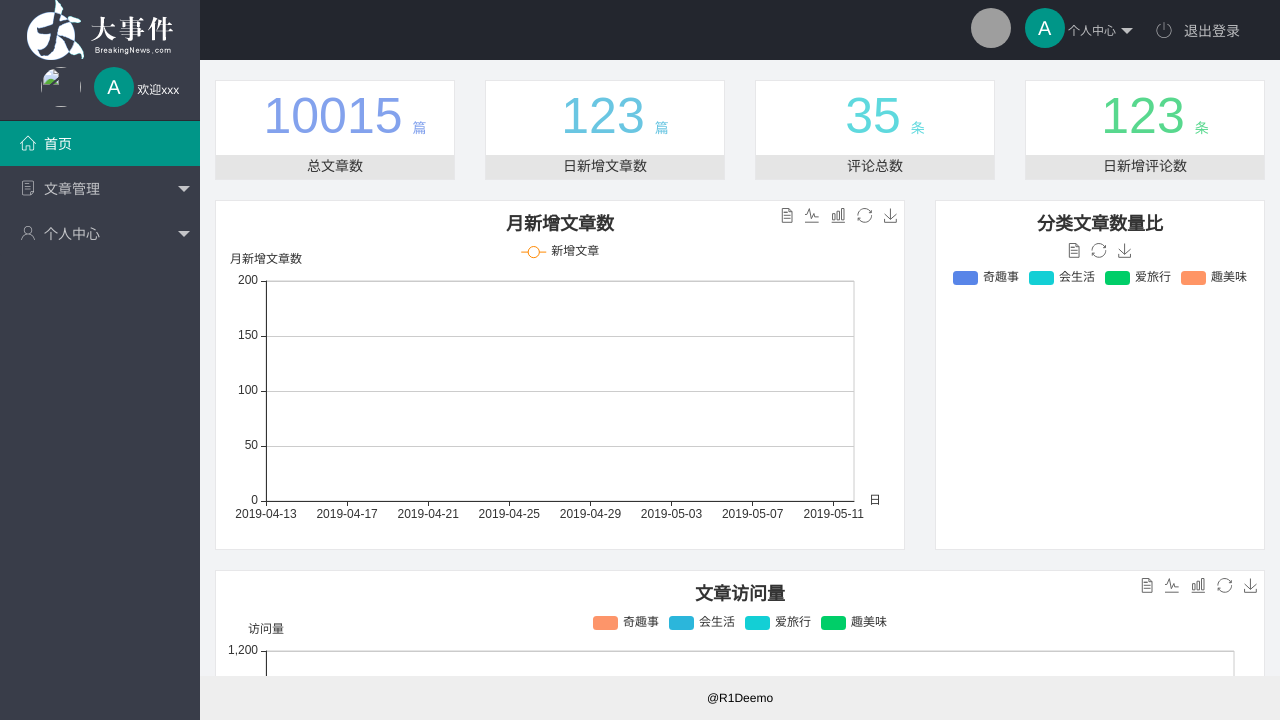
Repository: R1Deemo/Main-project
Page: index.html
These files come from the project's save history. The page is drawn as it stood at one moment and after the next save; the edit follows.
The browser window is 1280 px wide. The pictures show the whole page.
After loading, the first visible `#btnLogout` was clicked once.
Pictures or frames that could not be fetched are drawn as grey boxes. The page's requests for data from a server got no answer.

Above is the page before, as saved 2022-10-31 08:58:25.
Console error: SyntaxError: Unexpected token '}'

### index.html
<!DOCTYPE html>
<html>

<head>
    <meta charset="utf-8">
    <meta name="viewport" content="width=device-width, initial-scale=1, maximum-scale=1">
    <title>layout 管理系统大布局 - Layui</title>
    <link rel="stylesheet" href="/assets/lib/layui/css/layui.css">
    <link rel="stylesheet" href="/assets/css/index.css">
    <link rel="stylesheet" href="/assets/fonts/iconfont.css">
</head>

<body>
    <div class="layui-layout layui-layout-admin">
        <div class="layui-header">
            <div class="layui-logo layui-hide-xs layui-bg-black" id="logo"></div>
            <!-- 头部区域（可配合layui 已有的水平导航） -->
            <ul class="layui-nav layui-layout-left">
                <!-- 移动端显示 -->
                <li class="layui-nav-item layui-show-xs-inline-block layui-hide-sm" lay-header-event="menuLeft">
                    <i class="layui-icon layui-icon-spread-left"></i>
                </li>


                <li class="layui-nav-item">

                    <dl class="layui-nav-child">
                        <dd><a href="">menu 11</a></dd>
                        <dd><a href="">menu 22</a></dd>
                        <dd><a href="">menu 33</a></dd>
                    </dl>
                </li>
            </ul>
            <ul class="layui-nav layui-layout-right">
                <li class="layui-nav-item layui-hide layui-show-md-inline-block">
                    <a href="javascript:;" class="userinfo">
                        <!-- 用户头像 -->
                        <img src="//tva1.sinaimg.cn/crop.0.0.118.118.180/5db11ff4gw1e77d3nqrv8j203b03cweg.jpg" class="layui-nav-img" />
                        <span class="text-avatar">A</span> 个人中心
                    </a>
                    <dl class="layui-nav-child">
                        <dd><a href="">基本资料</a></dd>
                        <dd><a href="">更换头像</a></dd>
                        <dd><a href="">重置密码</a></dd>
                    </dl>
                </li>
                <li class="layui-nav-item" lay-header-event="menuRight" lay-unselect>
                    <a href="javascript:;" id="btnLogout">
                        <span class="iconfont icon-tuichu"></span> 退出登录</i>
                    </a>
                </li>
            </ul>
        </div>

        <div class="layui-side layui-bg-black">
            <div class="layui-side-scroll">
                <!-- 用户头像 -->
                <div class="userinfo">
                    <img src="" class="layui-nav-img" />
                    <span class="text-avatar">A</span>
                    <span id="welcom">欢迎xxx</span>
                </div>
                <!-- 左侧导航区域（可配合layui已有的垂直导航） -->
                <ul class="layui-nav layui-nav-tree" lay-shrink="all">
                    <li class="layui-nav-item layui-this"> <a href="/home/dashboard.html" target="fm"><span class="iconfont icon-home"></span>首页</a></li>
                    <li class="layui-nav-item">
                        <a class="" href="javascript:;" target="fm"> <span class="iconfont icon-16"></span>文章管理</a>
                        <dl class="layui-nav-child">
                            <dd><a href="javascript:;"><i class="layui-icon layui-icon-release"></i> 文章类别</a></dd>
                            <dd><a href="javascript:;"><i class="layui-icon layui-icon-release"></i> 文章列表</a></dd>
                            <dd><a href="javascript:;"><i class="layui-icon layui-icon-release"></i> 发表文章</a></dd>
                            <!-- <dd><a href="">the links</a></dd> -->
                        </dl>
                    </li>
                    <li class="layui-nav-item">
                        <a href="javascript:;" target="fm"><span class="iconfont icon-user"></span>个人中心</a>
                        <dl class="layui-nav-child">
                            <dd><a href="javascript:;"><i class="layui-icon layui-icon-app"></i> 基本资料</a></dd>
                            <dd><a href="javascript:;"><i class="layui-icon layui-icon-app"></i> 更换头像</a></dd>
                            <dd><a href="javascript:;"><i class="layui-icon layui-icon-app"></i> 重置密码</a></dd>
                        </dl>
                    </li>

                    <!-- <li class="layui-nav-item"><a href="">the links</a></li> -->
                </ul>
            </div>
        </div>

        <div class="layui-body">
            <!-- 内容主体区域 -->
            <!-- <div style="padding: 15px;">内容主体区域。记得修改 layui.css 和 js 的路径</div> -->
            <iframe src="/home/dashboard.html" frameborder="0" name="fm"></iframe>
        </div>

        <div class="layui-footer">
            <!-- 底部固定区域 -->
            @R1Deemo
        </div>
    </div>
    <script src="/assets/lib/layui/layui.all.js"></script>
    <script src="/assets/lib/jquery.js"></script>
    <script src="/assets/js/baseAPI.js"></script>
    <script src="/assets/js/index.js"></script>

</body>

</html>

### assets/css/index.css
#logo {
    background: url(/assets/images/logo.png) no-repeat center;
}

.layui-footer {
    text-align: center;
    font-size: 12px;
}

.layui-icon {
    margin-left: 20px;
    margin-right: 5px;
}

.iconfont {
    margin-right: 8px;
}

iframe {
    width: 100%;
    height: 100%;
}

.layui-body {
    overflow: hidden;
}

.userinfo {
    height: 60px;
    line-height: 60px;
    text-align: center;
    font-size: 12px;
    user-select: none;
}

.layui-side-scroll .userinfo {
    border-bottom: 1px solid #282b33;
}

.layui-nav-img {
    width: 40px;
    height: 40px;
    margin-bottom: 7px;
}

.text-avatar {
    display: inline-block;
    width: 40px;
    height: 40px;
    background-color: #009688;
    border-radius: 50%;
    line-height: 40px;
    font-size: 20px;
    color: #fff;
}

### assets/js/baseAPI.js
$.ajaxPrefilter(function(options) {
    options.url = 'http://www.liulongbin.top:3007' + options.url

    if (options.url.indexOf('/my') !== -1)
        options.heardrs = {
            Authorization: localStorage.getItem('token') || ''
        }
})

### assets/js/index.js
$(function() {
    // 获取用户的基本信息
    getUserInfo()

    // 退出登录
    $('#btnLogout').on('click', function() {
        layui.layer.confirm('确定退出登录?', { icon: 3, title: '提示' }, function(index) {
            //do something
            //清空本地存储的token
            localStorage.removeItem('token')
                // 返回登录界面
            location.href = '/login.html'
            layer.close(index);
        });
    })
})

function getUserInfo() {
    $.ajax({

        method: 'get',
        url: '/my/userinfo',
        headers: {
            Authorization: localStorage.getItem('token') || ''
        },
        success: function(res) {
            if (res.status !== 0) {
                return layui.layer.msg('获取用户信息失败')
            }
            console.log(res)
                // 渲染用户头像
            renderAvatar(res.data)
        },
        // 无论成功还是失败都会执行
        complete: function(res) {
            if (res.responseJSON.status === 1 && res.responseJSON.message === '身份认证失败!')
        }
    })
}
// 渲染用户头像
function renderAvatar(user) {
    // 获取用户名称并渲染
    var name = user.nicknake || user.username
    $('#welcom').html('欢迎&nbsp' + name)
        // 渲染用户头像
    var avatar = user.user_pic
    if (avatar !== null) {
        $('.layui-nav-img').attr('src', avatar).show()
        $('.text-avatar').hide()
    } else {
        $('.layui-nav-img').hide()
        var first = name[0].toUpperCase()
        $('.text-avatar').html(first).show()
    }
}

### home/dashboard.html
<!DOCTYPE html>
<html lang="en">

<head>
  <meta charset="UTF-8">
  <meta name="viewport" content="width=device-width, initial-scale=1.0">
  <meta http-equiv="X-UA-Compatible" content="ie=edge">
  <title>图表统计</title>
  <link rel="stylesheet" href="../../assets/lib/bootstrap.css" />
  <link rel="stylesheet" href="../../assets/lib/main.css" />
  <script src="../../assets/lib/jquery.js"></script>
  <script type="text/javascript" src="../../assets/lib/echarts.min.js"></script>
</head>

<body>
  <div class="container-fluid">
    <div class="row spannel_list">
      <div class="col-sm-3 col-xs-6">
        <div class="spannel">
          <em>10015</em><span>篇</span>
          <b>总文章数</b>
        </div>
      </div>
      <div class="col-sm-3 col-xs-6">
        <div class="spannel scolor01">
          <em>123</em><span>篇</span>
          <b>日新增文章数</b>
        </div>
      </div>
      <div class="col-sm-3 col-xs-6">
        <div class="spannel scolor02">
          <em>35</em><span>条</span>
          <b>评论总数</b>
        </div>
      </div>
      <div class="col-sm-3 col-xs-6">
        <div class="spannel scolor03">
          <em>123</em><span>条</span>
          <b>日新增评论数</b>
        </div>
      </div>
    </div>
  </div>

  <div class="container-fluid">
    <div class="row curve-pie">
      <div class="col-lg-8 col-md-8">
        <div class="gragh_pannel" id="curve_show"></div>
      </div>
      <div class="col-lg-4 col-md-4">
        <div class="gragh_pannel" id="pie_show"></div>
      </div>
    </div>
  </div>

  <div class="container-fluid">
    <div class="column_pannel" id="column_show"></div>
  </div>

  <script>
    var oChart = echarts.init(document.getElementById('curve_show'));
    var aList_all = [
      { 'count': 36, 'date': '2019-04-13' },
      { 'count': 52, 'date': '2019-04-14' },
      { 'count': 78, 'date': '2019-04-15' },
      { 'count': 85, 'date': '2019-04-16' },
      { 'count': 65, 'date': '2019-04-17' },
      { 'count': 72, 'date': '2019-04-18' },
      { 'count': 88, 'date': '2019-04-19' },
      { 'count': 64, 'date': '2019-04-20' },
      { 'count': 72, 'date': '2019-04-21' },
      { 'count': 90, 'date': '2019-04-22' },
      { 'count': 96, 'date': '2019-04-23' },
      { 'count': 100, 'date': '2019-04-24' },
      { 'count': 102, 'date': '2019-04-25' },
      { 'count': 110, 'date': '2019-04-26' },
      { 'count': 123, 'date': '2019-04-27' },
      { 'count': 100, 'date': '2019-04-28' },
      { 'count': 132, 'date': '2019-04-29' },
      { 'count': 146, 'date': '2019-04-30' },
      { 'count': 200, 'date': '2019-05-01' },
      { 'count': 180, 'date': '2019-05-02' },
      { 'count': 163, 'date': '2019-05-03' },
      { 'count': 110, 'date': '2019-05-04' },
      { 'count': 80, 'date': '2019-05-05' },
      { 'count': 82, 'date': '2019-05-06' },
      { 'count': 70, 'date': '2019-05-07' },
      { 'count': 65, 'date': '2019-05-08' },
      { 'count': 54, 'date': '2019-05-09' },
      { 'count': 40, 'date': '2019-05-10' },
      { 'count': 45, 'date': '2019-05-11' },
      { 'count': 38, 'date': '2019-05-12' },
    ];

    let aCount = [];
    let aDate = [];

    for (var i = 0; i < aList_all.length; i++) {
      aCount.push(aList_all[i].count);
      aDate.push(aList_all[i].date);
    }

    var chartopt = {
      title: {
        text: '月新增文章数',
        left: 'center',
        top: '10'
      },
      tooltip: {
        trigger: 'axis'
      },
      legend: {
        data: ['新增文章'],
        top: '40'
      },
      toolbox: {
        show: true,
        feature: {
          mark: { show: true },
          dataView: { show: true, readOnly: false },
          magicType: { show: true, type: ['line', 'bar'] },
          restore: { show: true },
          saveAsImage: { show: true }
        }
      },
      calculable: true,
      xAxis: [
        {
          name: '日',
          type: 'category',
          boundaryGap: false,
          data: aDate
        }
      ],
      yAxis: [
        {
          name: '月新增文章数',
          type: 'value'
        }
      ],
      series: [
        {
          name: '新增文章',
          type: 'line',
          smooth: true,
          itemStyle: { normal: { areaStyle: { type: 'default' }, color: '#f80' }, lineStyle: { color: '#f80' } },
          data: aCount
        }],
      areaStyle: {
        normal: {
          color: new echarts.graphic.LinearGradient(0, 0, 0, 1, [{
            offset: 0,
            color: 'rgba(255,136,0,0.39)'
          }, {
            offset: .34,
            color: 'rgba(255,180,0,0.25)'
          }, {
            offset: 1,
            color: 'rgba(255,222,0,0.00)'
          }])

        }
      },
      grid: {
        show: true,
        x: 50,
        x2: 50,
        y: 80,
        height: 220
      }
    };

    oChart.setOption(chartopt);


    var oPie = echarts.init(document.getElementById('pie_show'));
    var oPieopt =
    {
      title: {
        top: 10,
        text: '分类文章数量比',
        x: 'center'
      },
      tooltip: {
        trigger: 'item',
        formatter: "{a} <br/>{b} : {c} ({d}%)"
      },
      color: ['#5885e8', '#13cfd5', '#00ce68', '#ff9565'],
      legend: {
        x: 'center',
        top: 65,
        data: ['奇趣事', '会生活', '爱旅行', '趣美味']
      },
      toolbox: {
        show: true,
        x: 'center',
        top: 35,
        feature: {
          mark: { show: true },
          dataView: { show: true, readOnly: false },
          magicType: {
            show: true,
            type: ['pie', 'funnel'],
            option: {
              funnel: {
                x: '25%',
                width: '50%',
                funnelAlign: 'left',
                max: 1548
              }
            }
          },
          restore: { show: true },
          saveAsImage: { show: true }
        }
      },
      calculable: true,
      series: [
        {
          name: '访问来源',
          type: 'pie',
          radius: ['45%', '60%'],
          center: ['50%', '65%'],
          data: [
            { value: 300, name: '奇趣事' },
            { value: 100, name: '会生活' },
            { value: 260, name: '爱旅行' },
            { value: 180, name: '趣美味' }
          ]
        }
      ]
    };
    oPie.setOption(oPieopt);



    var oColumn = this.echarts.init(document.getElementById('column_show'));
    var oColumnopt =
    {
      title: {
        text: '文章访问量',
        left: 'center',
        top: '10'
      },
      tooltip: {
        trigger: 'axis'
      },
      legend: {
        data: ['奇趣事', '会生活', '爱旅行', '趣美味'],
        top: '40'
      },
      toolbox: {
        show: true,
        feature: {
          mark: { show: true },
          dataView: { show: true, readOnly: false },
          magicType: { show: true, type: ['line', 'bar'] },
          restore: { show: true },
          saveAsImage: { show: true }
        }
      },
      calculable: true,
      xAxis: [
        {
          type: 'category',
          data: ['1月', '2月', '3月', '4月', '5月']
        }
      ],
      yAxis: [
        {
          name: '访问量',
          type: 'value'
        }
      ],
      series: [
        {
          name: '奇趣事',
          type: 'bar',
          barWidth: 20,
          itemStyle: {
            normal: { areaStyle: { type: 'default' }, color: '#fd956a' }
          },
          data: [800, 708, 920, 1090, 1200]
        },
        {
          name: '会生活',
          type: 'bar',
          barWidth: 20,
          itemStyle: {
            normal: { areaStyle: { type: 'default' }, color: '#2bb6db' }
          },
          data: [400, 468, 520, 690, 800]
        },
        {
          name: '爱旅行',
          type: 'bar',
          barWidth: 20,
          itemStyle: {
            normal: { areaStyle: { type: 'default' }, color: '#13cfd5' }
          },
          data: [500, 668, 520, 790, 900]
        },
        {
          name: '趣美味',
          type: 'bar',
          barWidth: 20,
          itemStyle: {
            normal: { areaStyle: { type: 'default' }, color: '#00ce68' }
          },
          data: [600, 508, 720, 890, 1000]
        }
      ],
      grid: {
        show: true,
        x: 50,
        x2: 30,
        y: 80,
        height: 260
      },
      dataZoom: [//给x轴设置滚动条
        {
          start: 0,//默认为0
          end: 100 - 1000 / 31,//默认为100
          type: 'slider',
          show: true,
          xAxisIndex: [0],
          handleSize: 0,//滑动条的 左右2个滑动条的大小
          height: 8,//组件高度
          left: 45, //左边的距离
          right: 50,//右边的距离
          bottom: 26,//右边的距离
          handleColor: '#ddd',//h滑动图标的颜色
          handleStyle: {
            borderColor: "#cacaca",
            borderWidth: "1",
            shadowBlur: 2,
            background: "#ddd",
            shadowColor: "#ddd",
          }
        }]
    };
    oColumn.setOption(oColumnopt);
  </script>
</body>

</html>

Loaded but not shown: assets/lib/layui/css/layui.css (library); assets/fonts/iconfont.css (common file); assets/lib/layui/layui.all.js (library); assets/lib/jquery.js (library); assets/lib/layui/css/modules/laydate/default/laydate.css (library); assets/lib/layui/css/modules/layer/default/layer.css (library); assets/lib/layui/css/modules/code.css (common file); assets/lib/bootstrap.css (library); assets/lib/main.css (library); assets/lib/echarts.min.js (library)

After the next save:
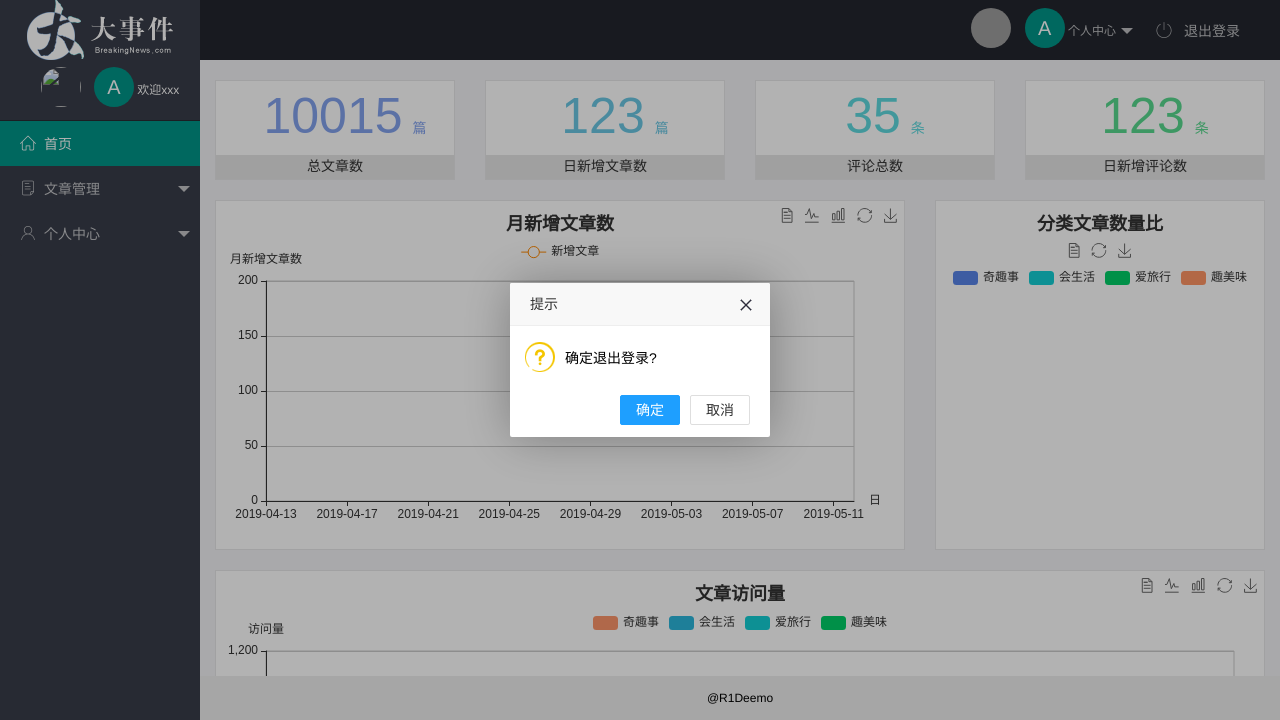
Console error: TypeError: Cannot read properties of undefined (reading 'status')
Saved 47 s later.
--- a/assets/js/index.js
+++ b/assets/js/index.js
@@ -34,6 +34,8 @@ function getUserInfo() {
         // 无论成功还是失败都会执行
         complete: function(res) {
             if (res.responseJSON.status === 1 && res.responseJSON.message === '身份认证失败!')
+                localStorage.removeItem('token')
+            location.href('/login.html')
         }
     })
 }
